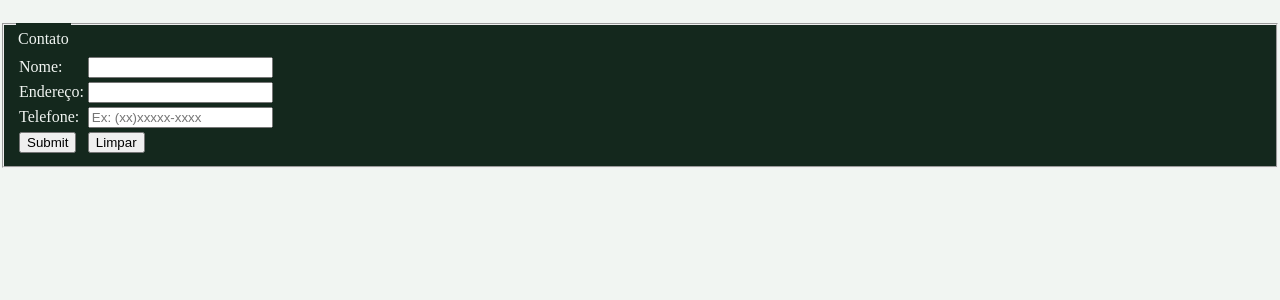
Repository: otavio-vicente/BackEnd-UniSenai
Page: WorkspaceTrilhaWeb/exemploServlet/src/main/webapp/contato.html
These files come from the project's save history. The page is drawn as it stood at one moment and after the next save; the edit follows.
The browser window is 1280 px wide. The pictures show the whole page.

Above is the page before, as saved 2024-06-13 22:58:37.

### WorkspaceTrilhaWeb/exemploServlet/src/main/webapp/contato.html
<!DOCTYPE html>
<html>
<head>
<meta charset="UTF-8">
<title>Insert title here</title>
<link href="./style.css" rel="stylesheet" type="text/css">
</head>
<body>
	<form>
		<fieldset>
			<legend>Contato</legend>
			<table>
				<tr>
					<td>Nome:</td>
					<td><input type="text"></input></td>
				</tr>
				<tr>
					<td>Endereço:</td>
					<td><input type="text"></input></td>
				</tr>
				<tr>
					<td>Telefone:</td>
					<td><input type="fone" placeholder="Ex: (xx)xxxxx-xxxx"></input></td>
				</tr>
				<tr>
					<td><input type="submit"></input></td>
					<td><input type="reset" value="Limpar"></input></td>
				</tr>
			</table>
		</fieldset>
	</form>
</body>
</html>

### WorkspaceTrilhaWeb/exemploServlet/src/main/webapp/style.css
@charset "UTF-8";

body {
	background-color: #F1F5F2;
	margin: 0;
}

fieldset {
	background-color: #14281D;
	color: #F1F5F2;
}
legend{
	padding-top: 30px;
}

After the next save:
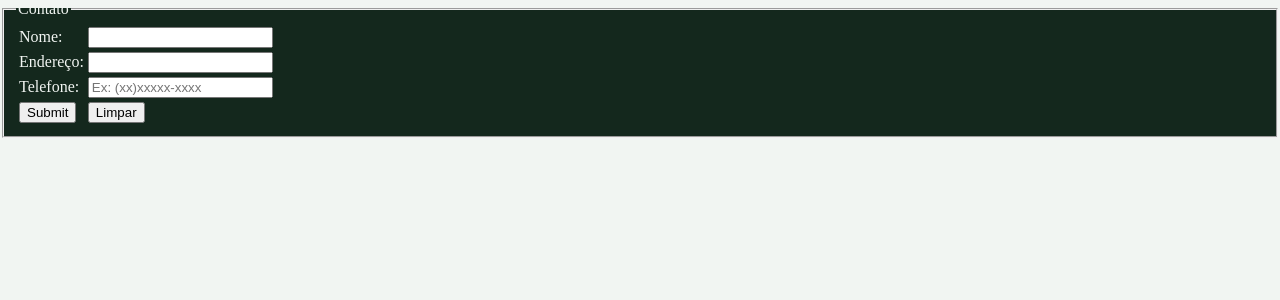
Saved 4 s later.
--- a/WorkspaceTrilhaWeb/exemploServlet/src/main/webapp/style.css
+++ b/WorkspaceTrilhaWeb/exemploServlet/src/main/webapp/style.css
@@ -9,6 +9,3 @@
 	background-color: #14281D;
 	color: #F1F5F2;
 }
-legend{
-	padding-top: 30px;
-}
